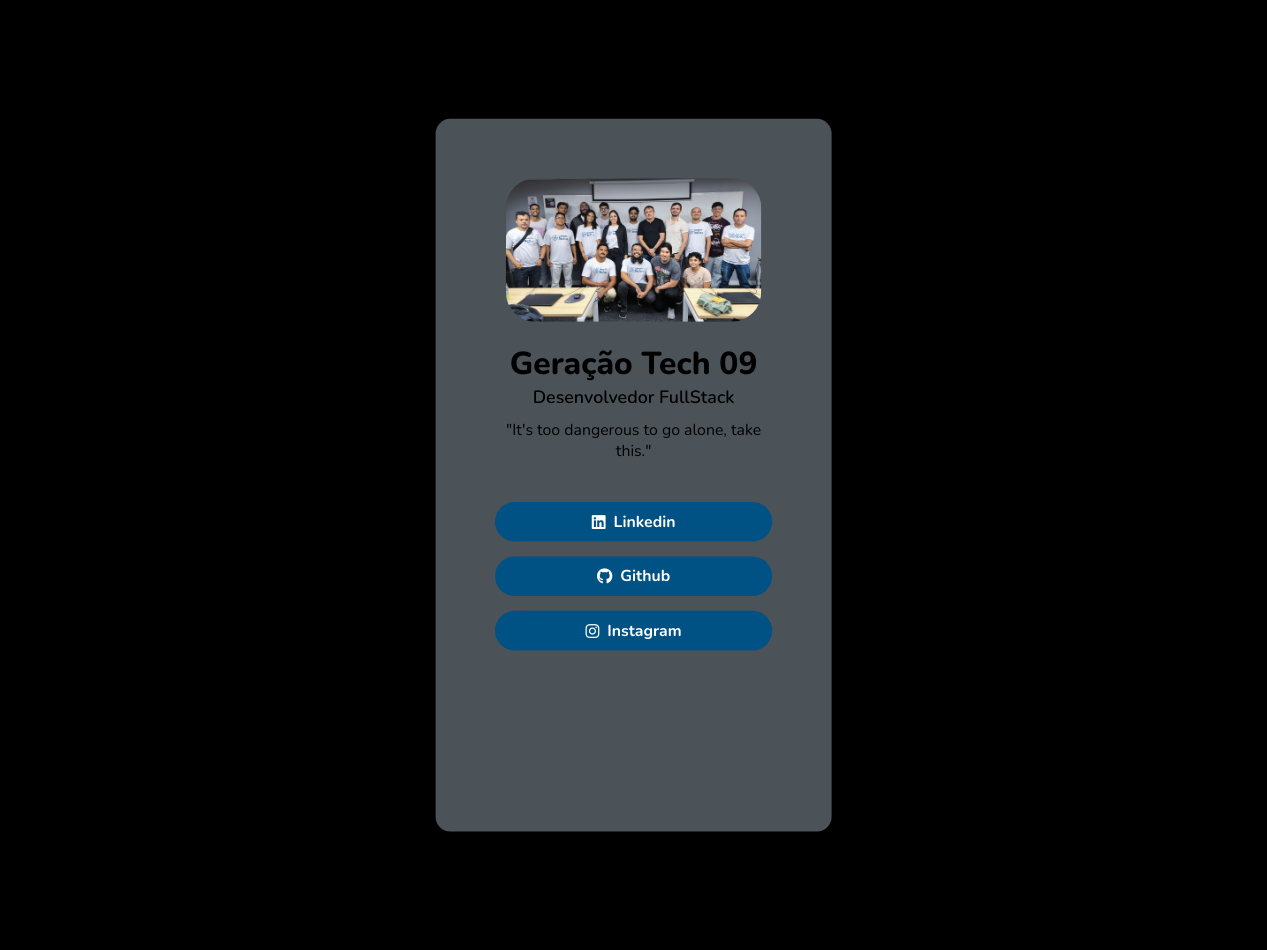
Repository: geracao-09/linktree-gt9
Page: index.html
An editor plug-in stored every save of this project. The page is shown before and after the next save, followed by the edit.
The browser window is 1280 px wide. The pictures show the whole page, at 99% of full size.

Above is the page before, as saved 2025-04-11 11:26:06.

After the next save:
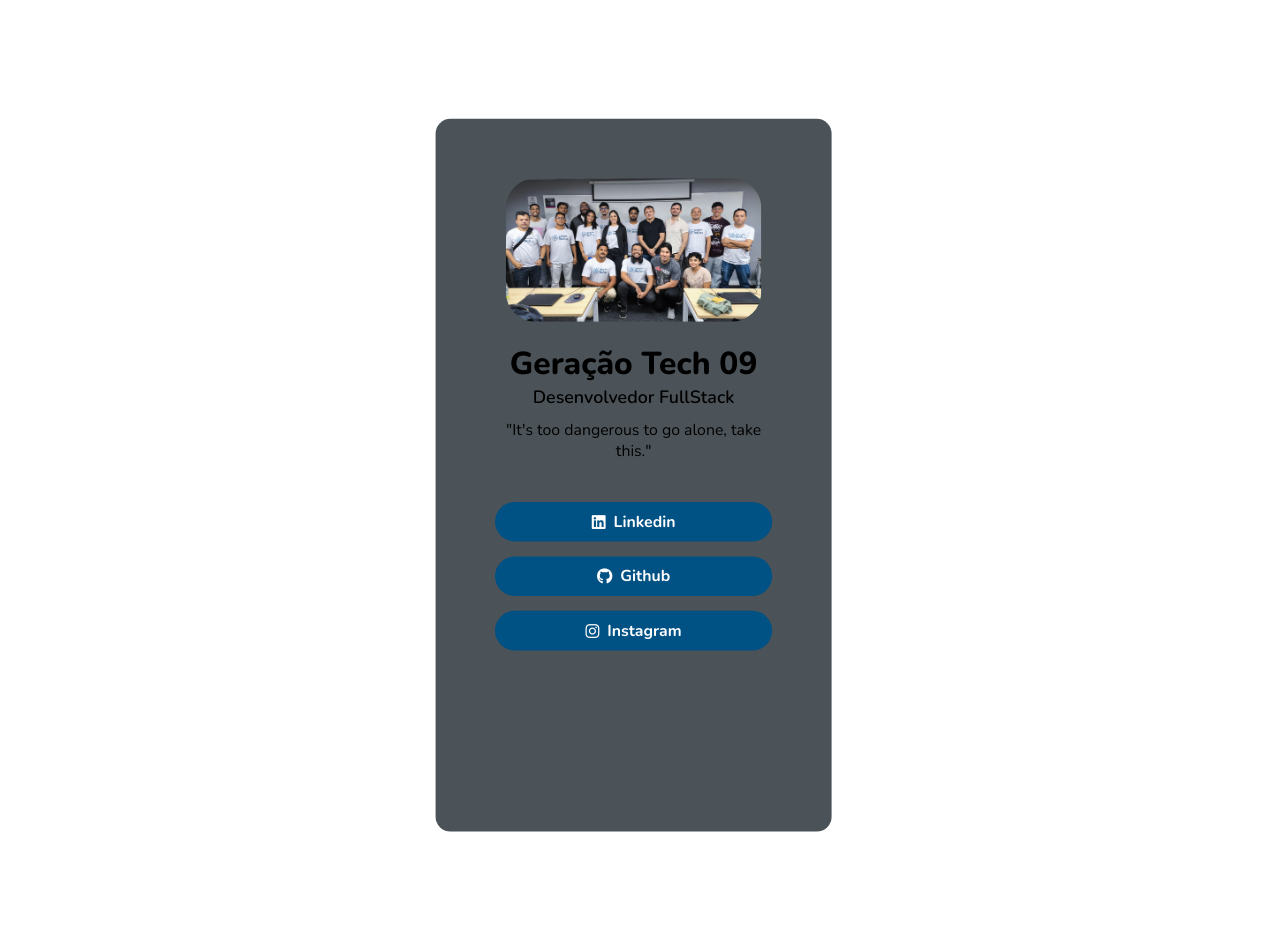
Saved 14 s later.
--- a/style.css
+++ b/style.css
@@ -6,7 +6,7 @@
 }
 
 body {
-  background: #000000;
+  background:linear-gradient();
 }
 
 @keyframes gradientShift {
